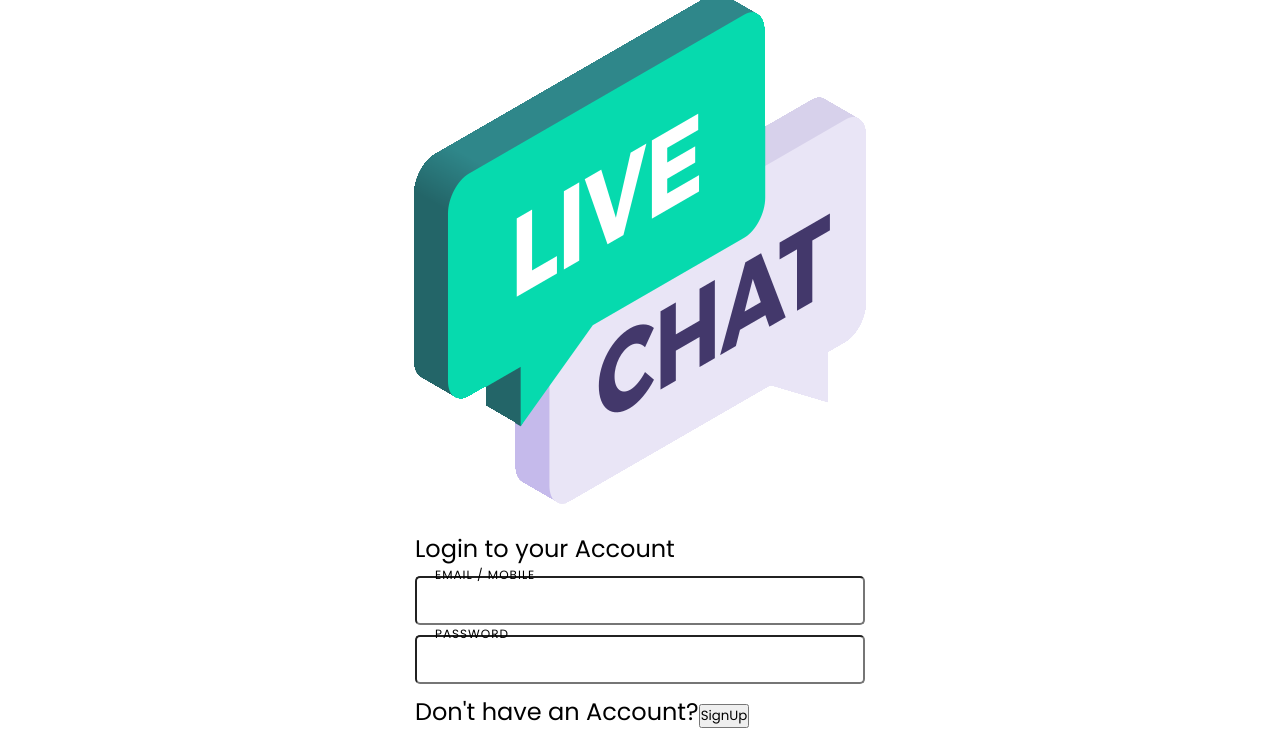
Repository: swastikjhacoder/mern-chat-frontend-only
Page: /
The author's editor kept a copy of each file at every save. The page is drawn from the files as they stood at one save, then again after the next save.
The browser window is 1280 px wide. The pictures show the whole page.
The project was rebuilt for these pictures with package versions that can differ from the ones it lists, and the page was loaded fresh each time. Also part of the build but not shown: src/components/chat/ConversationList.jsx, src/components/chat/SideBar.jsx, src/components/MainContainer.jsx, src/components/chat/MessageOthers.jsx, src/components/chat/MessageSelf.jsx, src/components/chat/ChatContainer.jsx, src/components/chat/OnlineUsers.jsx, src/components/chat/OnlineUsersGroup.jsx and 4 more.

Above is the page before, as saved 2023-09-22 08:17:16.

### src/index.css
@import url('https://fonts.googleapis.com/css2?family=Poppins:ital,wght@0,100;0,200;0,300;0,400;0,500;0,600;0,700;0,800;0,900;1,400&display=swap');

:root {
  --border-color: #0ef;
  --body-color: #081b29;
  --container-default-color: #fff;
  --self-message-background-color: #63d7b0;
  --other-message-background-color: #e2e4e3;
  --box-shadow: rgba(0, 0, 0, 0.16) 0px 10px 36px 0px, rgba(0, 0, 0, 0.06) 0px 0px 0px 1px;

  --large-font-size: 32px;
  --heading-font-size: 24px;
  --medium-font-size: 18px;
  --normal-font-size: 16px;
  --small-font-size: 12px;
  --tiny-font-size: 10px;

  --bolder-font-weight: 600;
}

::-webkit-scrollbar {
  width: 6px !important;
  height: 6px !important;
}

::-webkit-scrollbar-track {
  background: hsla(0, 0%, 100%, -1);
}

::-webkit-scrollbar-thumb {
  background: rgba(0, 0, 0, 0.2);
}


* {
  margin: 0;
  padding: 0;
  box-sizing: border-box;
  font-family: 'Poppins', sans-serif;
}

body {
  display: flex;
  flex-direction: column;
  justify-content: center;
  align-items: center;
}

.app-container {
  display: flex;
  width: 100vw;
  height: 100vh;
  flex-direction: column;
  justify-content: center;
  align-items: center;
}

.container {
  display: flex;
  flex-direction: row;
  gap: 10px;
  width: 90vw;
  height: 90vh;
  border-radius: 20px;
  border: 1px solid var(--border-color);
  box-shadow: var(--box-shadow);
}

.left-sidebar-container {
  display: flex;
  flex-direction: column;
  flex: 0.3;
  padding: 10px;
}

.sb-header {
  display: flex;
  flex-direction: row;
  border-radius: 20px;
  justify-content: space-between;
  padding: 5px;
  box-shadow: var(--box-shadow);
}

.sb-header >div {
  width: max-content;
}

.icon {
  font-size: var(--large-font-size) !important;
  margin: 10px;
}

.sb-search {
  display: flex;
  flex-direction: row;
  width: 100%;
  padding: 10px;
  margin-top: 10px;
  border-radius: 20px;
  box-shadow: var(--box-shadow);
}

.input-box {
  position: relative;
  width: 450px;
  margin: 10px 0;
}

.input-box input {
  width: 100%;
  padding: 10px;
  background: transparent;
  border-radius: 5px;
  color: var(--body-color);
  outline: none;
  font-size: var(--title-text-size);
}

.input-box span {
  position: absolute;
  left: 0;
  padding: 0 10px;
  pointer-events: none;
  font-size: var(--small-font-size);
  text-transform: uppercase;
  letter-spacing: 1px;
  transform: translateX(10px) translateY(-10px);
}

.sb-conversations {
  background-color: var(--container-color);
  border-radius: 20px;
  padding: 10px 5px;
  margin-top: 10px;
  flex: 1;
  overflow-y: scroll;
  box-shadow: var(--box-shadow);
}

.conversation-container {
  display: grid;
  grid-template-columns: 32px auto auto;
  grid-template-rows: auto auto;
  column-gap: 10px;
  padding: 5px;
  gap: 5px;
  margin: 5px;
  border-radius: 20px;
  transition-duration: .5s;
}

.con-icon {
  grid-area: 1/1/3/2;
  display: flex;
  justify-content: center;
  align-items: center;
  font-size: var(--large-font-size);
  font-weight: var(--bolder-font-weight);
  height: 32px;
  width: 32px;
  padding: 2px;
  border-radius: 50%;
  justify-self: center;
  align-self: center;
}

.con-title {
  grid-area: 1/2/2/4;
  font-weight: var(--bolder-font-weight);
  font-size: var(--medium-font-size);
}

.con-lastMessage {
  font-size: var(--normal-font-size);
}

.con-timeStamp {
  justify-self: flex-end;
  font-size: var(--small-font-size);
}

.right-sidebar-container {
  flex: .7;
  display: flex;
  flex-direction: column;
  gap: 10px;
  padding: 10px 10px 10px 0;
}

.chat-header {
  display: flex;
  justify-content: space-between;
  column-gap: 10px;
  padding: 10px;
  border-radius: 20px;
  box-shadow: var(--box-shadow);
}

.chat-header-info {
  display: flex;
  flex-direction: row;
  justify-content: center;
  align-items: center;
  gap: 10px;
}

.chat-message {
  flex: 1;
  background-color: var(--container-color);
  border-radius: 20px;
  padding: 20px 40px;
  overflow-y: scroll;
  box-shadow: var(--box-shadow);
}

.chat-input {
  display: flex;
  flex-direction: row;
  justify-content: space-between;
  align-items: center;
  border-radius: 20px;
  padding: 10px;
  box-shadow: var(--box-shadow)
}

.self-message-container {
  display: flex;
  justify-content: flex-end;
}

.self-message {
  display: flex;
  flex-direction: column;
  background-color: var(--self-message-background-color);
  width: max-content;
  padding: 10px 10px;
  margin: 5px;
  border-radius: 20px;
}
.self-title {
  font-weight: var(--bolder-font-weight);
  font-size: var(--medium-font-size);
}

.self-message {
  font-size: var(--normal-font-size);
}

.self-timestamp {
  margin-left: auto;
  font-size: var(--small-font-size);
}

.other-message-container {
  display: flex;
  justify-content: flex-start;
  flex-direction: row;
  gap: 5px;
  width: max-content;
  padding: 10px 10px;
  margin: 5px;
  border-radius: 20px;
}

.other-icon {
  display: flex;
  justify-content: center;
  align-items: center;
  font-size: var(--large-font-size);
  font-weight: var(--bolder-font-weight);
  height: 32px;
  width: 32px;
  padding: 2px;
  border-radius: 50%;
  justify-self: center;
  align-self: center;
}

.other-text-content {
  display: flex;
  flex-direction: column;
  background-color: var(--other-message-background-color);
  padding: 10px 10px;
  border-radius: 20px;
}

.other-title {
  font-weight: var(--bolder-font-weight);
  font-size: var(--medium-font-size);
}

.other-message {
  font-size: var(--normal-font-size);
}

.other-timestamp {
  margin-left: auto;
  font-size: var(--small-font-size);
}

.online-users-header {
  border-radius: 20px;
  display: flex;
  gap: 10px;
  padding: 5px;
  font-size: var(--medium-font-size);
  box-shadow: var(--box-shadow);
  align-items: center;
}

.online-users-search {
  display: flex;
  flex-direction: row;
  width: 100%;
  padding: 10px;
  border-radius: 20px;
  box-shadow: var(--box-shadow);
}

.online-users-list {
  border-radius: 20px;
  flex: 1;
  padding: 10px;
  overflow-y: scroll;
}

.online-user {
  display: flex;
  flex: 1;
  gap: 5px;
  border-radius: 20px;
  padding: 20px 40px;
  overflow-y: scroll;
  margin-bottom: 10px;
  align-items: center;
  cursor: pointer;
  transition-duration: .5s;
}

.ou-icon {
  display: flex;
  justify-content: center;
  align-items: center;
  font-size: var(--large-font-size);
  font-weight: var(--bolder-font-weight);
  height: 32px;
  width: 32px;
  padding: 2px;
  border-radius: 50%;
  justify-self: center;
  align-self: center;
}

.ou-title {
  font-size: var(--normal-font-size);
}

.groups-header {
  border-radius: 20px;
  display: flex;
  gap: 10px;
  padding: 5px;
  font-size: var(--medium-font-size);
  box-shadow: var(--box-shadow);
  align-items: center;
}

.group-search {
  display: flex;
  flex-direction: row;
  width: 100%;
  padding: 10px;
  border-radius: 20px;
  box-shadow: var(--box-shadow);
}

.group-list {
  border-radius: 20px;
  flex: 1;
  padding: 10px;
  overflow-y: scroll;
}

.group {
  display: flex;
  flex: 1;
  gap: 5px;
  border-radius: 20px;
  padding: 20px 40px;
  overflow-y: scroll;
  margin-bottom: 10px;
  cursor: pointer;
  transition-duration: .5s;
}

.g-title {
  font-size: var(--normal-font-size);
}

.create-group-header {
  border-radius: 20px;
  display: flex;
  gap: 10px;
  padding: 5px;
  font-size: var(--medium-font-size);
  box-shadow: var(--box-shadow);
  align-items: center;
}

.create-group-input {
  border-radius: 20px;
  padding: 10px 5px;
  display: flex;
  align-items: center;
  box-shadow: var(--box-shadow);
}

.welcome-container {
  display: flex;
  flex-direction: column;
  align-items: center;
  margin: auto auto;
  width: 100%;
  height: 100%;
  padding: 30px 30px;
  border-radius: 20px;
  box-shadow: var(--box-shadow);
}

.banner {
  margin: auto auto;
}

.banner img {
  height: 300px;
  width: 300px;
  margin-bottom: 30px;
}

.banner p {
  font-size: var(--medium-font-size);
  padding: 10px;
}

.login-container {
  display: flex;
  flex-direction: column;
  justify-content: center;
  align-items: center;
  gap: 20px;
  margin: auto auto;
  padding: 20px;
}

.login-container p {
  font-size: var(--heading-font-size);
}

.login {
  display: flex;
  flex-direction: column;
  gap: 10px;
}

.signUp-container {
  display: flex;
  flex-direction: column;
  justify-content: center;
  align-items: center;
  margin: auto auto;
  padding: 20px;
}

.signUp {
  display: flex;
  flex-direction: column;
  gap: 10px;
}

.signUp p {
  font-size: var(--heading-font-size);
}

.welcome-container {
  display: flex;
  flex-direction: column;
  justify-content: center;
  align-items: center;
  gap: 30px;
}

.welcome-container img {
  height: 300px;
}

.welcome-container p {
  font-size: var(--medium-font-size);
}

### src/App.js
// import { Button } from "@mui/material";
// import React from "react";
// import { useSelector, useDispatch } from "react-redux";
// import { toggleDarkMode, addUser, removeUser } from './redux/liveChatSlice';

// function App() {
//   const dispatch = useDispatch();
//   const mode = useSelector((state) => state.liveChat.mode);
//   const userInfo = useSelector((state) => state.liveChat.userInfo);
//   const background = useSelector( ( state ) => state.liveChat.background );
//   console.log(mode);
//   console.log(userInfo);
//   console.log(background);
//   return (
//     <>
//       <Button onClick={() => dispatch(toggleDarkMode())}>Click Me</Button>
//     </>
//   );
// }

// export default App;

import React from "react";
import { useSelector } from "react-redux";
import "./index.css";
import { BrowserRouter, Routes, Route } from "react-router-dom";
import MainContainer from "./components/MainContainer";
import ChatContainer from "./components/chat/ChatContainer";
import OnlineUsersGroup from "./components/chat/OnlineUsersGroup";
import GroupList from "./components/chat/GroupList";
import CreateGroup from "./components/chat/CreateGroup";
import ChatWelcome from "./components/chat/ChatWelcome";
import LoginSignUp from "./components/Login_SignUp";

const App = () => {
  const background = useSelector((state) => state.liveChat.background);
  return (
    <>
      <div style={{ backgroundColor: background }} className="app-container">
        <BrowserRouter>
          <Routes>
            <Route path="/" element={<LoginSignUp />}/>
            <Route path="app" element={<MainContainer />}>
              <Route path="welcome" element={<ChatWelcome />} />
              <Route path="chat" element={<ChatContainer />} />
              <Route path="users" element={<OnlineUsersGroup />} />
              <Route path="create-groups" element={<CreateGroup />} />
              <Route path="groups" element={<GroupList />} />
            </Route>
          </Routes>
        </BrowserRouter>
      </div>
    </>
  );
};

export default App;

### src/redux/store.js
import { configureStore } from '@reduxjs/toolkit';
import liveChatReducer from './liveChatSlice';

export const store = configureStore({
  reducer: {
    liveChat: liveChatReducer,
  },
});

### src/components/Login_SignUp.jsx
import React, { useState } from 'react';
import logo from "../Icons/icon_x512.png";

const Login = ({ toggleForm }) => {
  return (
    <>
      <div className="login-box">
        <p>Login to your Account</p>
        <div className="input-box">
          <input
            type="text"
            name="name"
            required="required"
          />
          <span>Email / Mobile</span>
        </div>
        <div className="input-box">
          <input
            type="password"
            name="password"
            required="required"
          />
          <span>Password</span>
        </div>
        <p className="create-account">
          Don't have an Account?
          <button onClick={() => toggleForm()}>SignUp</button>
        </p>
      </div>
    </>
  );
};

const SignUp = ({ toggleForm }) => {
  return (
    <>
      <div className="login-box">
        <p >Register your Account</p>
        <div className="input-box">
          <input
            type="text"
            name="name"
            required="required"
          />
          <span>Name</span>
        </div>
        <div className="input-box">
          <input
            type="email"
            name="email"
            required="required"
          />
          <span>Email</span>
        </div>
        <div className="input-box">
          <input
            type="text"
            name="mobile"
            required="required"
          />
          <span>Mobile</span>
        </div>
        <div className="input-box">
          <input
            type="password"
            name="password"
            required="required"
          />
          <span>Password</span>
        </div>
        <div className="input-box">
          <input type="file" name="file"  />
          <span>Profile Picture</span>
        </div>
        <p className="create-account">
          Already have an Account?
          <button onClick={() => toggleForm()}>Login</button>
        </p>
      </div>
    </>
  );
};

const Login_SignUp = () => {
  const [action, setAction] = useState("signUp");
  const [accountInfo, setAccountInfo] = useState("Don't have an Account?");
  const [loginLoaded, setLoginLoaded] = useState(true);
  const toggleForm = () => {
    setAction("login");
    setAccountInfo("Already have an Account?");
    setLoginLoaded(!loginLoaded);
  };
  return (
    <div className="login-container">
      <div className="image-box">
        <img src={logo} alt="logo" />
      </div>
      <div className="login-box">
        {loginLoaded === false ? (
          <SignUp toggleForm={toggleForm} />
        ) : (
          <Login toggleForm={toggleForm} />
        )}
      </div>
    </div>
  );
}

export default Login_SignUp

### src/redux/liveChatSlice.js
import { createSlice } from "@reduxjs/toolkit";

const initialState = {
  mode: JSON.parse(localStorage.getItem("darkMode")) || false,
  userInfo: JSON.parse(localStorage.getItem("chatUserInfo")) || null,
  background: JSON.parse(localStorage.getItem("backgroundColor")) || "#fff",
  color: JSON.parse(localStorage.getItem("color")) || "#081b29",
};

export const liveChatSlice = createSlice({
  name: "liveChat",
  initialState,
  reducers: {
    toggleDarkMode: (state) => {
      state.mode = !state.mode;
      if (!state.mode) {
        state.background = "#fff";
        state.color = "#081b29";
      } else {
        state.background = "#081b29";
        state.color = "#fff";
      }
      localStorage.setItem("darkMode", JSON.stringify(state.mode));
      localStorage.setItem("backgroundColor", JSON.stringify(state.background));
      localStorage.setItem("color", JSON.stringify(state.color));
    },
    addUser: (state, action) => {
      state.userInfo = action.payload;
      localStorage.setItem("chatUserInfo", JSON.stringify(state.userInfo));
    },
    removeUser: (state) => {
      state.userInfo = null;
      localStorage.setItem("chatUserInfo", JSON.stringify(state.userInfo));
    },
  },
});

export const { toggleDarkMode, addUser, removeUser } =
  liveChatSlice.actions;
export default liveChatSlice.reducer;

Loaded but not shown: src/index.js (common file)

After the next save:
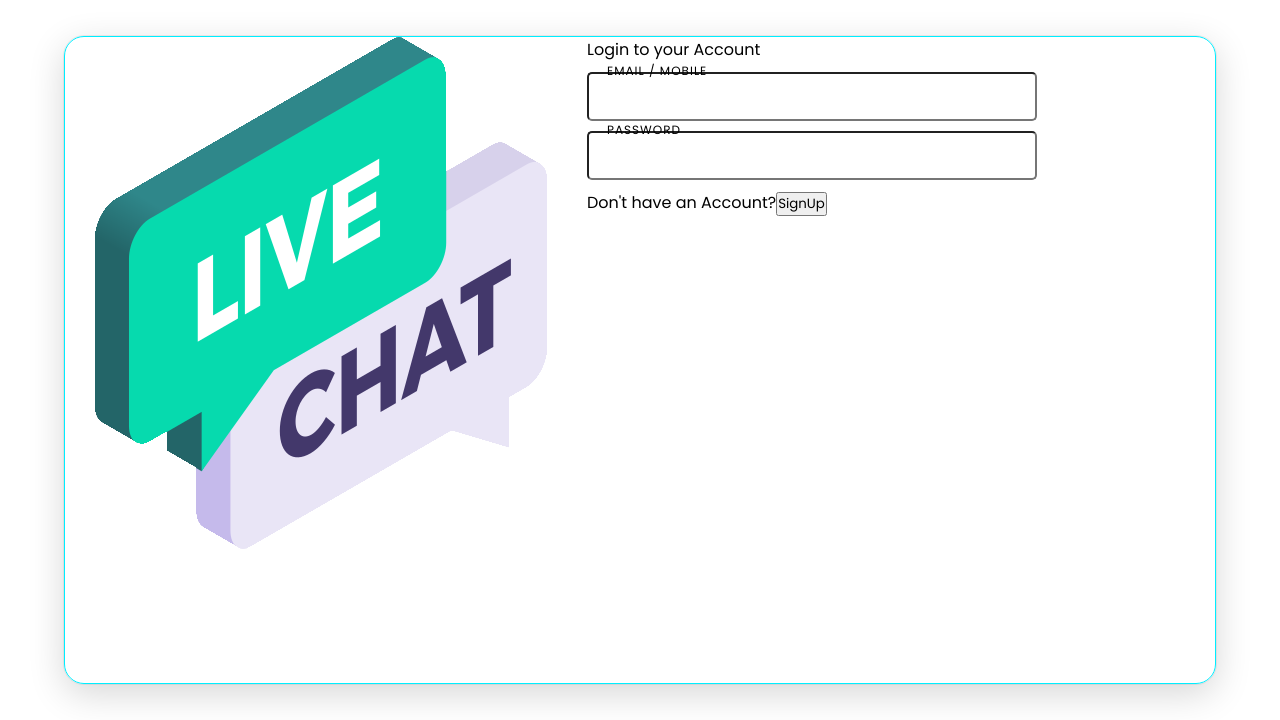
Saved 30 s later.
--- a/src/components/Login_SignUp.jsx
+++ b/src/components/Login_SignUp.jsx
@@ -91,7 +91,7 @@ const Login_SignUp = () => {
     setLoginLoaded(!loginLoaded);
   };
   return (
-    <div className="login-container">
+    <div className="container">
       <div className="image-box">
         <img src={logo} alt="logo" />
       </div>
